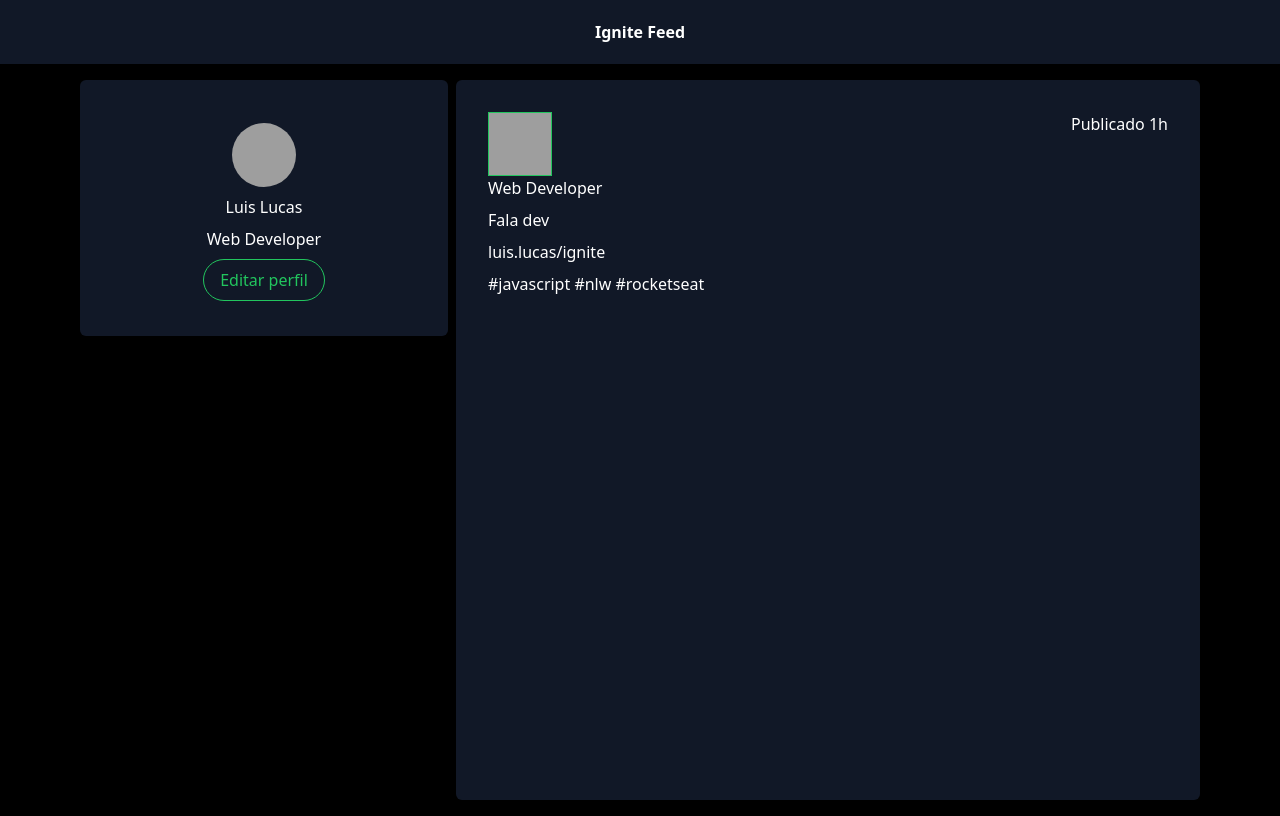
Repository: LuisSempre/ignite-feed
Page: /
These files come from the project's save history. The page is drawn as it stood at one moment and after the next save; the edit follows.
The browser window is 1280 px wide. The pictures show the whole page.
Pictures or frames that could not be fetched are drawn as grey boxes. The project was rebuilt for these pictures with package versions that can differ from the ones it lists, and the page was loaded fresh each time. Also part of the build but not shown: vite.config.js.

Above is the page before, as saved 2022-07-13 23:14:20.

### src/App.jsx
import { Header } from "./Components/Header"
import { Sidebar } from "./Components/Sidebar"
import { Post } from "./Components/Post"
function App() {
  return (
    <div>
      <Header />
      <div className="max-w-6xl mx-auto p-4 grid grid-cols-3 gap-2 items-start">
        <Sidebar />
        <div className="col-span-2">
         <Post />
        </div>
      </div>
    </div>
  );
}

export default App;

### src/index.css
@tailwind base;
@tailwind components;
@tailwind utilities;

body {
    @apply bg-black text-white;
}

### src/Components/Header.jsx
export function Header() {
  return (
    <div className="flex items-center justify-center h-16 bg-gray-900 mx-auto w-full">
      <h1 className="font-bold bg-gray-900">Ignite Feed</h1>
    </div>
  )
}

### src/Components/Sidebar.jsx
export function Sidebar() {
  return (
    <div className="rounded-md bg-gray-900 justify-center items-center flex flex-col text-center  h-64 space-y-2">
        <span className=" bg-gradient-r from-green-500 via-blue-500"></span>
        <img
          className="w-16 h-16 rounded-full overflow-hidden object-cover"
          src="https://avatars.githubusercontent.com/u/32404639?v=4"
          alt=""
        />
        <h1>Luis Lucas</h1>
        <span>Web Developer</span>
        <a
          href=""
          className="border border-green-500 px-4 py-2 rounded-full text-green-500"
        >
          Editar perfil
        </a>
    </div>
  );
}

### src/Components/Post.jsx
export function Post() {
  return (
    <div className=" bg-gray-900 rounded-md h-screen space-y-2 p-8">
      <div className="flex justify-between ">
        <div className=" flex flex-col">
          <img
            className="h-16 w-16 border border-green-500"
            src="https://github.com/luissempre.png"
            alt=""
          />
          <span>Web Developer</span>
        </div>
        <div>
          <time dataTime="2022-05-11 08:13:00">Publicado 1h</time>
        </div>
      </div>
      <div className="space-y-2">
        <p>Fala dev</p>
        <p>luis.lucas/ignite</p>
        <p>#javascript #nlw #rocketseat</p>
      </div>
    </div>
  );
}

Loaded but not shown: index.html (common file); src/main.jsx (common file); tailwind.config.js (common file)

After the next save:
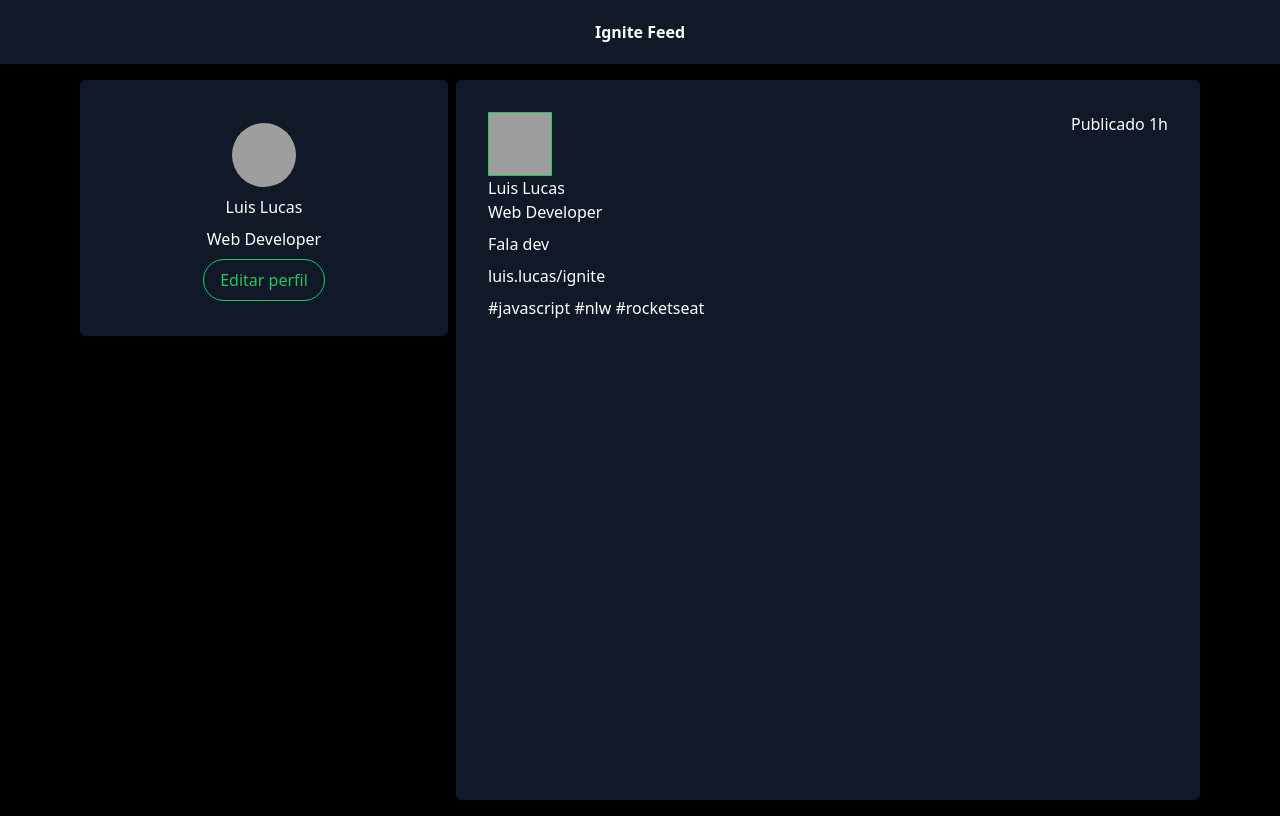
Saved 2 min 29 s later.
--- a/src/Components/Post.jsx
+++ b/src/Components/Post.jsx
@@ -8,6 +8,7 @@ export function Post() {
             src="https://github.com/luissempre.png"
             alt=""
           />
+          <h1>Luis Lucas</h1>
           <span>Web Developer</span>
         </div>
         <div>
